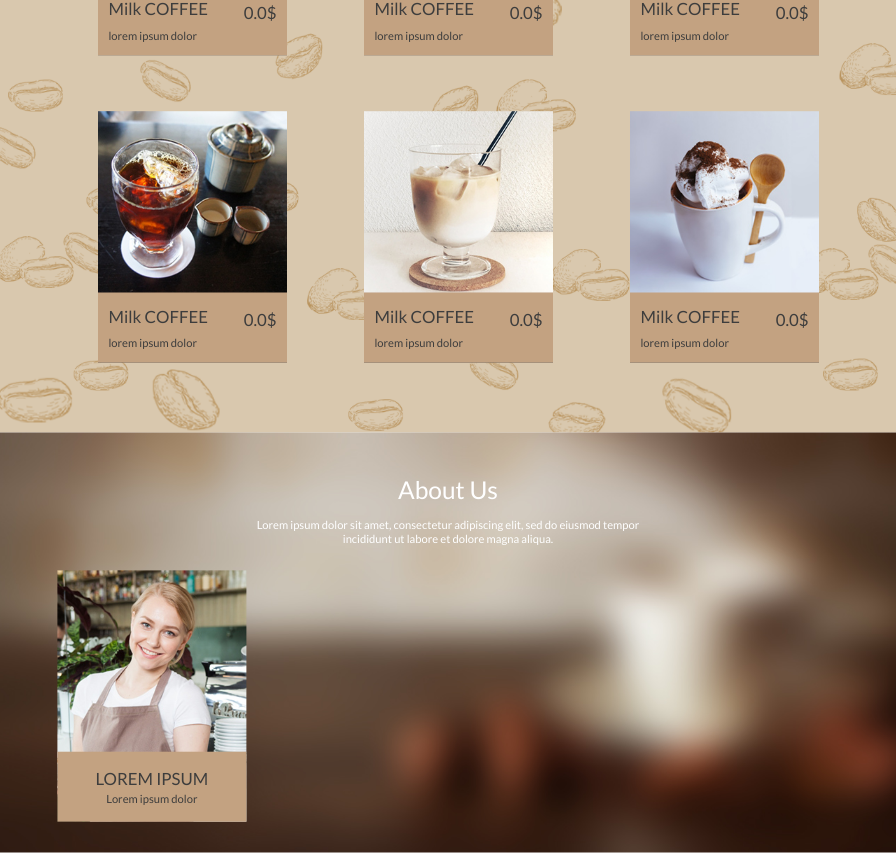
Repository: kuluong2000/coffe
Page: index.html
The author's editor kept a copy of each file at every save. The page is drawn from the files as they stood at one save, then again after the next save.
The browser window is 1280 px wide. The pictures show the part of the page from y = 1737 to 3657 px (the page is 2955 px tall before and 3657 px after), at 70% of full size.

Above is the page before, as saved 2021-10-04 22:41:43.

### index.html
<!DOCTYPE html>
<html lang="en">
  <head>
    <meta charset="UTF-8" />
    <meta http-equiv="X-UA-Compatible" content="IE=edge" />
    <meta name="viewport" content="width=device-width, initial-scale=1.0" />
    <link rel="stylesheet" href="./libs/css/bootstrap.min.css" />
    <link rel="stylesheet" href="./libs/css/animate.css" />
    <link rel="stylesheet" href="./libs/css/slick-theme.css" />
    <link rel="stylesheet" href="./libs/css/slick.css" />
    <link rel="stylesheet" href="./Assets/css/reset.css" />
    <link rel="stylesheet" href="./Assets/css/style.css" />
    <link rel="stylesheet" href="./Assets/css/responsive.css" />
    <title>Document</title>
  </head>
  <body>
    <header class="header">
      <div class="container">
        <div class="row">
          <div class="header-main">
            <div class="header-menu">
              <a href="#">
                <img src="./Assets/image/logo.png" alt="" srcset="" />
              </a>
            </div>
            <nav>
              <ul class="header-menu">
                <li class="header-menu-item"><a href="#" class="header-menu-link">Home</a></li>
                <li class="header-menu-item"><a href="#" class="header-menu-link">Our Story</a></li>
                <li class="header-menu-item"><a href="#" class="header-menu-link">Menu</a></li>
                <li class="header-menu-item"><a href="#" class="header-menu-link">Order</a></li>
                <li class="header-menu-item"><a href="#" class="header-menu-link">About Us</a></li>
                <li class="header-menu-item"><a href="#" class="header-menu-link">Contact</a></li>
                <li class="header-menu-item"><a href="#" class="header-menu-link">Cart</a></li>
              </ul>
            </nav>
          </div>
        </div>
      </div>
    </header>
    <main>
      <section class="banner">
        <div class="banner-img">
          <img src="./Assets/image/banner.jpg" alt="" srcset="" />
        </div>
        <div class="container">
          <div class="row">
            <div class="banner-main">
              <div class="banner-content">
                <h1 class="banner-heading">HELLO COFFEE</h1>
                <p class="banner-desc">Lorem ipsum dolor sit amet, consectetur adipiscing elit, sed do eiusmod tempor incididunt ut labore et...</p>
                <a href="#" class="btn"> Read More </a>
              </div>
            </div>
          </div>
        </div>
      </section>
      <section class="story">
        <div class="container">
          <div class="row">
            <div class="story-main">
              <div class="story-media">
                <div class="story-image">
                  <img src="./Assets/image/story.jpg" alt="" />
                </div>
              </div>
              <div class="story-info">
                <div class="story-title">Our Story</div>
                <p class="story-desc">
                  Lorem ipsum dolor sit amet, consectetur adipiscing elit, sed do eiusmod tempor incididunt ut labore et dolore magna aliqua.
                  <br />
                  Ut enim ad minim veniam, quis nostrud exercitation ullamco laboris nisi ut aliquip ex ea commodo consequat.
                </p>
                <a href="#" class="btn">Read More</a>
              </div>
            </div>
          </div>
        </div>
      </section>
      <section class="menu">
        <div class="container">
          <div class="row">
            <div class="menu-main">
              <div class="box">
                <h2 class="title menu-box-title">Menu</h2>
                <p class="desc menu-box-desc">Lorem ipsum dolor sit amet, consectetur adipiscing elit, sed do eiusmod tempor incididunt ut labore et dolore magna aliqua.</p>
              </div>
              <div class="menu-list">
                <div class="menu-item">
                  <div class="menu-item-image">
                    <img src="./Assets/image/menu_img1.jpg" alt="" />
                  </div>
                  <div class="menu-item-info">
                    <div class="menu-item-content">
                      <h2 class="menu-item-name">Milk COFFEE</h2>
                      <p class="menu-item-desc">lorem ipsum dolor</p>
                    </div>
                    <p class="menu-item-price">0.0$</p>
                  </div>
                </div>
                <div class="menu-item">
                  <div class="menu-item-image">
                    <img src="./Assets/image/menu_img2.jpg" alt="" />
                  </div>
                  <div class="menu-item-info">
                    <div class="menu-item-content">
                      <h2 class="menu-item-name">Milk COFFEE</h2>
                      <p class="menu-item-desc">lorem ipsum dolor</p>
                    </div>
                    <p class="menu-item-price">0.0$</p>
                  </div>
                </div>
                <div class="menu-item">
                  <div class="menu-item-image">
                    <img src="./Assets/image/menu_img3.jpg" alt="" />
                  </div>
                  <div class="menu-item-info">
                    <div class="menu-item-content">
                      <h2 class="menu-item-name">Milk COFFEE</h2>
                      <p class="menu-item-desc">lorem ipsum dolor</p>
                    </div>
                    <p class="menu-item-price">0.0$</p>
                  </div>
                </div>
                <div class="menu-item">
                  <div class="menu-item-image">
                    <img src="./Assets/image/menu_img4.jpg" alt="" />
                  </div>
                  <div class="menu-item-info">
                    <div class="menu-item-content">
                      <h2 class="menu-item-name">Milk COFFEE</h2>
                      <p class="menu-item-desc">lorem ipsum dolor</p>
                    </div>
                    <p class="menu-item-price">0.0$</p>
                  </div>
                </div>
                <div class="menu-item">
                  <div class="menu-item-image">
                    <img src="./Assets/image/menu_img5.jpg" alt="" />
                  </div>
                  <div class="menu-item-info">
                    <div class="menu-item-content">
                      <h2 class="menu-item-name">Milk COFFEE</h2>
                      <p class="menu-item-desc">lorem ipsum dolor</p>
                    </div>
                    <p class="menu-item-price">0.0$</p>
                  </div>
                </div>
                <div class="menu-item">
                  <div class="menu-item-image">
                    <img src="./Assets/image/menu_img6.jpg" alt="" />
                  </div>
                  <div class="menu-item-info">
                    <div class="menu-item-content">
                      <h2 class="menu-item-name">Milk COFFEE</h2>
                      <p class="menu-item-desc">lorem ipsum dolor</p>
                    </div>
                    <p class="menu-item-price">0.0$</p>
                  </div>
                </div>
              </div>
            </div>
          </div>
        </div>
      </section>
      <section class="about">
        <div class="container">
          <div class="row">
            <div class="about-main">
              <div class="box">
                <h2 class="title">About Us</h2>
                <p class="desc">Lorem ipsum dolor sit amet, consectetur adipiscing elit, sed do eiusmod tempor incididunt ut labore et dolore magna aliqua.</p>
              </div>
              <div class="about-list">
                <div class="about-item">
                  <div class="about-avatar">
                    <img src="/Assets/image/about_img1.jpg" alt="" />
                  </div>
                  <div class="about-info">
                    <h2 class="about-name">Lorem Ipsum</h2>
                    <p class="about-position">Lorem ipsum dolor</p>
                    <a href="#" class="btn about-btn">Read More</a>
                  </div>
                </div>
              </div>
            </div>
          </div>
        </div>
      </section>
    </main>

    <script src="./libs/Js/jquery-3.5.1.slim.min.js"></script>
    <script src="./libs/Js/bootstrap.min.js"></script>
    <script src="./libs/Js/slick.min.js"></script>
    <script src="./libs/Js/wow.js"></script>
  </body>
</html>

### Assets/css/reset.css
html, body, div, span, applet, object, iframe,
h1, h2, h3, h4, h5, h6, p, blockquote, pre,
a, abbr, acronym, address, big, cite, code,
del, dfn, em, img, ins, kbd, q, s, samp,
small, strike, strong, sub, sup, tt, var,
b, u, i, center,
dl, dt, dd, ol, ul, li,
fieldset, form, label, legend,
table, caption, tbody, tfoot, thead, tr, th, td,
article, aside, canvas, details, embed,
figure, figcaption, footer, header, hgroup,
menu, nav, output, ruby, section, summary,
time, mark, audio, video {
	margin: 0;
	padding: 0;
	border: 0;
	font-size: 100%;
	vertical-align: baseline;
}
/* HTML5 display-role reset for older browsers */
article, aside, details, figcaption, figure,
footer, header, hgroup, menu, nav, section {
	display: block;
}
* {
	box-sizing: border-box;
}
body {
	line-height: 1;
  font-family: 'Muli', sans-serif;


  font-style: normal;
  font-weight: normal;
  font-size: 16px;
  line-height: 32px;
}
ol, ul {
	list-style: none;
}
blockquote, q {
	quotes: none;
}
blockquote:before, blockquote:after,
q:before, q:after {
	content: '';
	content: none;
}
table {
	border-collapse: collapse;
	border-spacing: 0;
}

img {
  max-width: 100%;
	vertical-align: bottom;
}
a {
	outline: none;
}

### Assets/css/style.css
@import url('https://fonts.googleapis.com/css2?family=Lato:ital,wght@0,400;0,700;0,900;1,300;1,400;1,700;1,900&display=swap');
*{
    padding: 0;
    margin: 0;
    box-sizing: border-box;
}
body{
    font-family: 'Lato', sans-serif;
    font-size: 16px;
    line-height: 1.6;
    color: #3d3d3d;
    font-weight: 400;
}

.header{
    position: absolute;
    width: 100%;
    background-color: rgba(0,0,0 , 0.5);
    padding: 20px 0 20px;
    z-index: 99;
}
.header-main{
    display:flex;
    justify-content: space-between;
    align-items: center;
}
.header-menu{
    display:flex;
    justify-content: space-between;
    align-items: center;
}
.header-menu-item{
    list-style-type: none;
}
.header-menu-item:not(:first-child){
    margin-left: 25px;
}
.header-menu-link{
    position: relative;
    color: white;
    text-transform: uppercase;
    text-decoration: none;
    font-size: 12px;
    padding-bottom: 7px;

}
.header-menu-link::before{
    content: '';
    position: absolute;
    bottom: 0;
    left:  0;
    height: 2px;
    width: 100%;
    background-color: #c3a281;
    transform: scale(0);
    transition: 0.5s;
    transform-origin: right;
}
.header-menu-link:hover,
.header-menu-link:hover::before{
    color: #c3a281;
    transform: scale(1);
}
.banner{
    position: relative;
    min-height: 660px;
}
.banner-img{
    position: relative;
    z-index: -1;
    object-fit: cover;
    width: 100%;
}
.banner-img img{
    width: 100%;
}

.banner-main{
    position: absolute;
    left: auto;
    top: 50%;
    transform: translateY(-50%);
    color: white;
    width: max-content;

}

.banner-heading{
    font-weight: 400;
    font-size: 48px;
    letter-spacing: 0.5px;
    margin-bottom: 40px;
}
.banner-desc{
    width: 390px;
    margin-bottom: 40px;
}
.btn{
    font-size: 18px;
    color: white;
    font-weight: 400;
    padding: 10px 30px;
    background-color: #c3a281;
    border-radius: 0%;
    text-transform: uppercase;
}
.btn:hover{
    color: white;
}
.story{
    padding-top: 95px;
    min-height: 600px;
}
.story-main{
    display:flex;
    padding: 0 70px;
    align-items: center;
}
.story-media{
    position: relative;
}
.story-icon-play{
    position: absolute;
    top: 50%;
    left: 50%;
    transform:translate(-50%,-50%);
}
.story-image{
    min-width: 600px;
    height: 100%;
    object-fit: cover;
}
.story-image img{
    width: 100%;
    height: 100%;
}
.story-info{
    margin-left: 30px;
}
.story-title{
    font-size: 35px;
    margin-bottom: 20px;
    text-transform: uppercase;
}
.story-desc{
    text-align: justify;
    margin-bottom: 40px;
    line-height: 20px;
}
.menu{

    padding-bottom: 100px;
    background: url(/Assets/image/menu_bg.png) no-repeat center / cover;
}
.menu-main{
    padding: 0;
}
.box{
    padding-top: 60px;
    margin: 0 auto;
    width: 100%;
    max-width: 570px;
    text-align: center  ;
}
.title{
    font-size: 35px;
    margin-bottom: 20px;
    color: white;
}
.desc{
    line-height: 20px;
    color: white;
    margin-bottom: 35px;
}
.menu-list{
    display: grid;
    grid-template-columns: repeat(3,1fr);
    grid-gap: 80px 110px;
    /* display: flex;
    flex-wrap: wrap; */
    padding: 0 70px;



}

.menu-item{
    /* width: calc((100% ) /3); */
    width: 270px;
    position: relative;

}
.menu-item:hover .menu-item-info{
    height: 130px;
    background-color: #3d3d3d;
    color: #c3a281;
}
.menu-item:hover .menu-item-price{
    display: none;
}
.menu-item:hover .menu-item-name{
    border-bottom: 2px solid #c3a281;
}
.menu-item-info{
    display: flex;
    justify-content: space-between;
    background-color: #c3a281;
    padding: 20px 15px;
    width: 270px;
    height: 100px;
    position: absolute;
    bottom: 0;
    left: 0;
    transition: all 0.5s ease;
}

.menu-item-name{
    font-size: 24px;
    margin-bottom: 10px;
}
.menu-item-price{
    font-size: 24px;
}
.about{
    background: url(/Assets/image/about_bg.jpg) no-repeat center /  cover;
    min-height: 600px;
}
.about-list{
    position: relative;
}
.about-item{
    width: 270px;
}
.about-avatar{
    max-width: 270px;
    height: 100%;
}
.about-avatar img{
    max-width: 100%;
}
.about-info{
    padding: 25px 0;
    text-align: center;
    width: 270px;
    height: 100px;
    position: absolute;
    bottom: 0;
    left: 0;
    background-color: #c3a281;
    transition: 0.5s;
}
.about-name{
    font-size: 24px;
    text-transform: uppercase;

}
.about-position{
    transition: 0.5s;
}
.about-btn{
    opacity: 0;
    visibility: hidden;
    width: max-content;
    margin: 0 auto;



}

.about-item:hover .about-info{
    height: 125px;
    background-color: #3d3d3d;
    color: #c3a281;
}

.about-item:hover .about-btn{
    margin-top: 5px;
    opacity: 1;
    visibility:visible;
    transform: translateY(0%);
}
.about-item:hover .about-position{
    display: none;
}

### Assets/css/responsive.css
@media (min-width:1400px){
    .container{
        max-width: 1170px;
    }
}

Loaded but not shown: libs/css/bootstrap.min.css (library); libs/css/animate.css (library); libs/css/slick-theme.css (library); libs/css/slick.css (common file); libs/Js/jquery-3.5.1.slim.min.js (library); libs/Js/bootstrap.min.js (library); libs/Js/slick.min.js (library); libs/Js/wow.js (library)

After the next save:
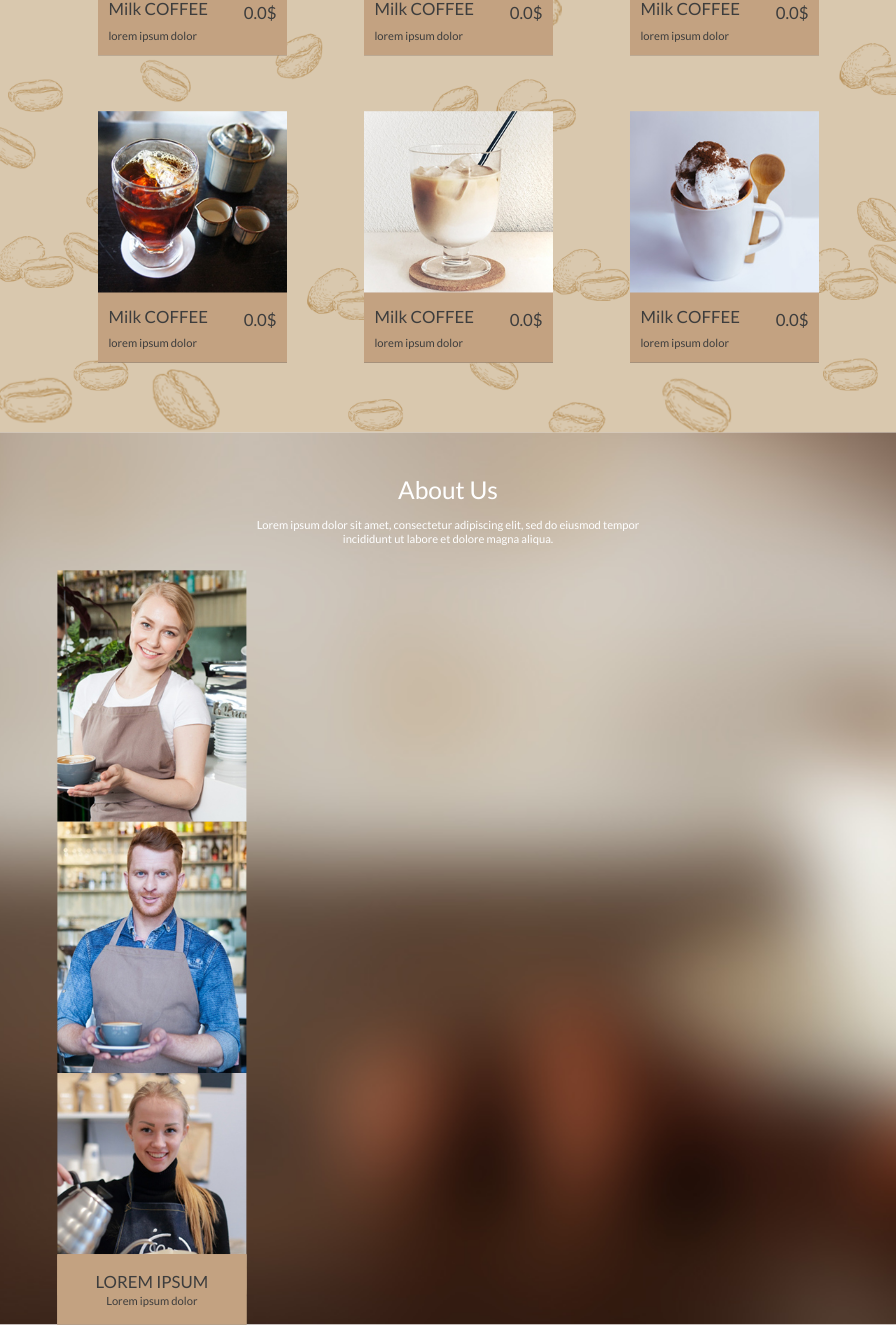
Saved 46 s later.
--- a/index.html
+++ b/index.html
@@ -182,6 +182,26 @@
                     <a href="#" class="btn about-btn">Read More</a>
                   </div>
                 </div>
+                <div class="about-item">
+                  <div class="about-avatar">
+                    <img src="/Assets/image/about_img2.jpg" alt="" />
+                  </div>
+                  <div class="about-info">
+                    <h2 class="about-name">Lorem Ipsum</h2>
+                    <p class="about-position">Lorem ipsum dolor</p>
+                    <a href="#" class="btn about-btn">Read More</a>
+                  </div>
+                </div>
+                <div class="about-item">
+                  <div class="about-avatar">
+                    <img src="/Assets/image/about_img3.jpg" alt="" />
+                  </div>
+                  <div class="about-info">
+                    <h2 class="about-name">Lorem Ipsum</h2>
+                    <p class="about-position">Lorem ipsum dolor</p>
+                    <a href="#" class="btn about-btn">Read More</a>
+                  </div>
+                </div>
               </div>
             </div>
           </div>
